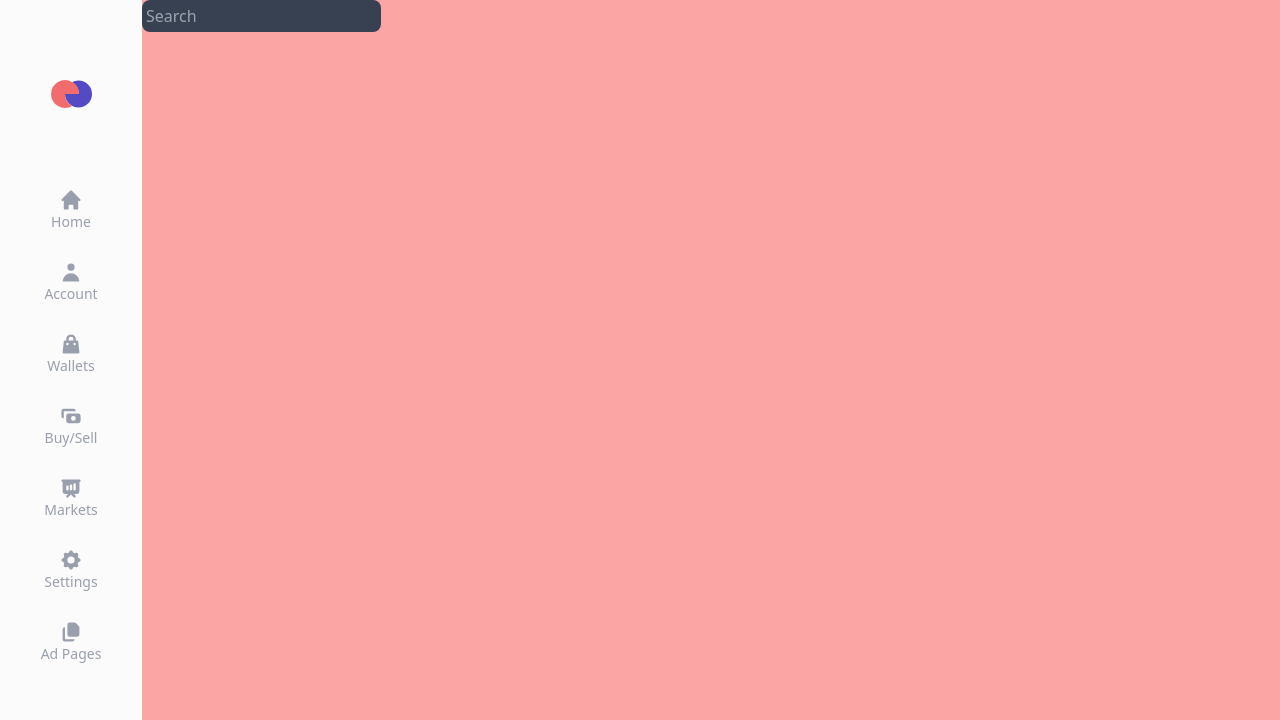
Repository: almaqdad55/crypto-app-nextjs
Page: /
The author's editor kept a copy of each file at every save. The page is drawn from the files as they stood at one save, then again after the next save.
The browser window is 1280 px wide. The pictures show the whole page.
The project was rebuilt for these pictures with package versions that can differ from the ones it lists, and the page was loaded fresh each time. The framework's server and built-in components were replaced by stand-ins that run in the browser.

Above is the page before, as saved 2022-01-04 19:58:35.

After the next save:
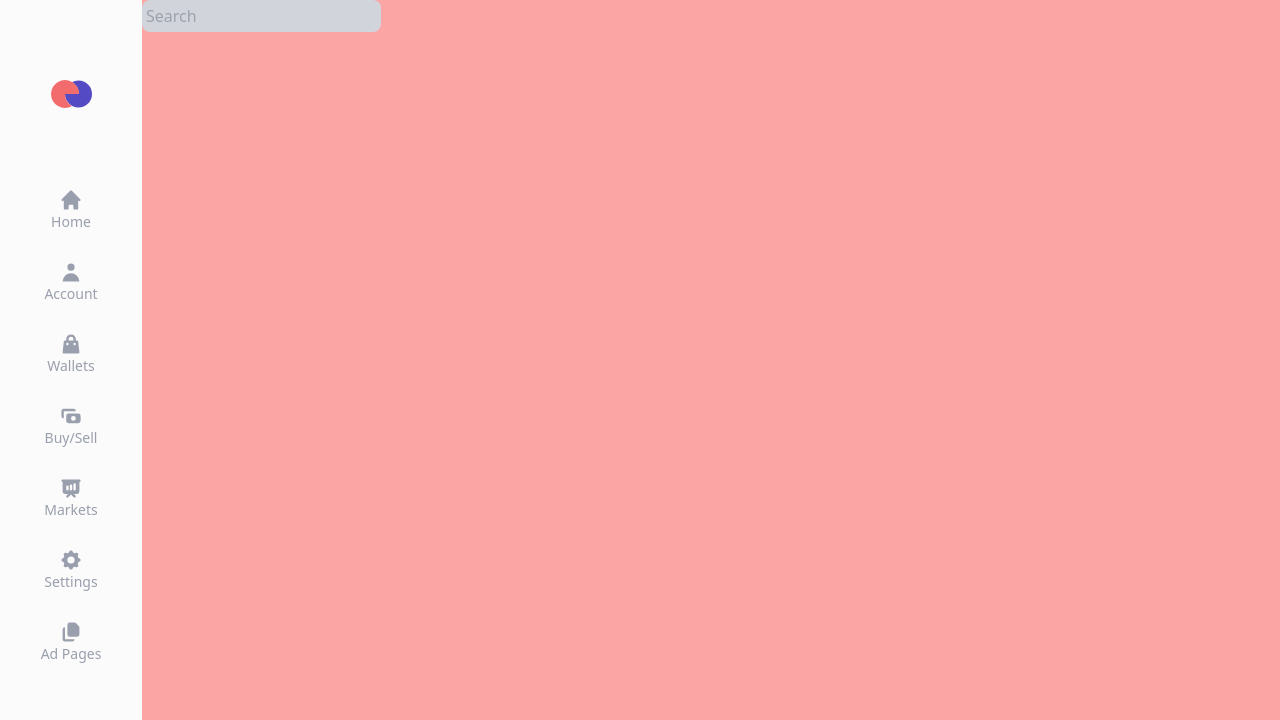
Saved 8 s later.
--- a/components/Feed.jsx
+++ b/components/Feed.jsx
@@ -13,7 +13,7 @@ const Feed = () => {
           <input
             type="text"
             placeholder={`Search`}
-            className="bg-gray-700 rounded-lg p-1"
+            className="bg-gray-300 rounded-lg p-1"
           />
         </div>
       </div>
